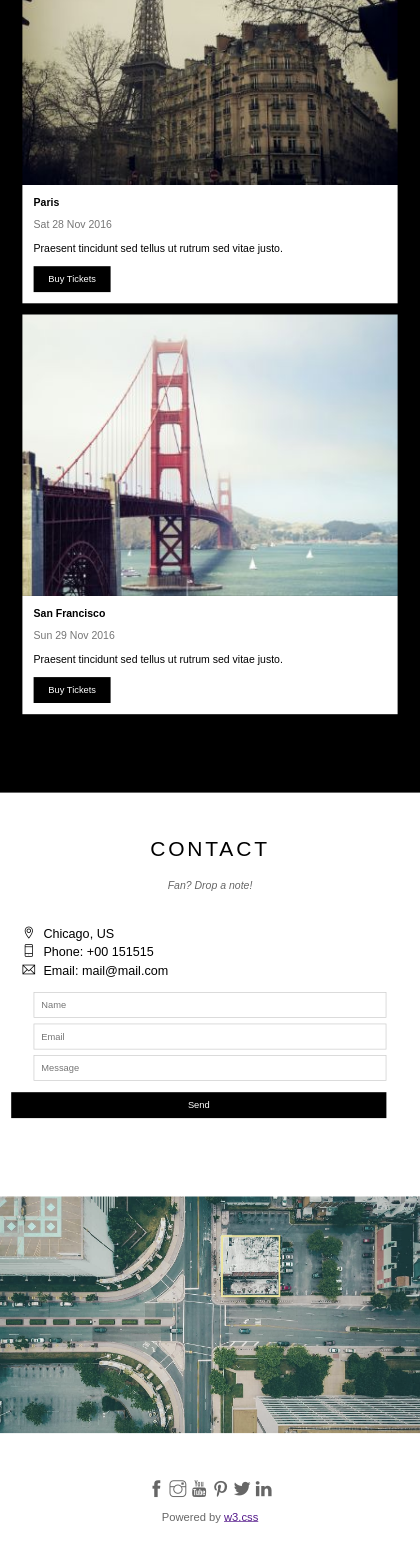
Repository: funboy13/webnew
Page: index.html
These files come from the project's save history. The page is drawn as it stood at one moment and after the next save; the edit follows.
The browser window is 600 px wide. The pictures show the part of the page from y = 3116 to 5356 px (the page is 5356 px tall), at 70% of full size.

Above is the page before, as saved 2021-08-21 09:58:09.

### index.html
<!DOCTYPE html>
<html lang="vi">
<head>
    <meta charset="UTF-8">
    <meta http-equiv="X-UA-Compatible" content="IE=edge">
    <meta name="viewport" content="width=device-width, initial-scale=1.0">
    <link rel="stylesheet" href="./assets/css/style.css">
    <link rel="stylesheet" href="./assets/css/responsive.css">
    <link rel="stylesheet" href="./assets/fonts/themify-icons/themify-icons.css">
    <title>W3-webfirst</title>
    <link rel=icon href="assets/img/logo.jpg" sizes="16x16" type="image/png">
</head>
<body>
    <div class="main">
        <div id="header" class="header">
            <ul id="nav">
                <li><a href="#">Home</a></li>
                <li><a href="#band">Band</a></li>
                <li><a href="#tour">Tour</a></li>
                <li><a href="#contact">Contact</a></li>
                <li>
                    <a href="#">
                        More
                        <i class="ti-arrow-circle-down"></i>
                    </a>
                    <ul class="subnav">
                        <li><a href="#">Merchandise</a></li>
                        <li><a href="#">Extras</a></li>
                        <li><a href="#">Media</a></li>
                    </ul>
                </li>
            </ul>
            <!-- search__btn  -->
            <div class="search-btn">
              <i class="ti-search"></i>
            </div>
            <div id="menu-mobile" class="menu__mobile--btn">
                <i class="ti-menu"></i>
            </div>
        </div>

        <div class="slider">
            <div class="text-content">
                <h2 class="text-heading">Chicago</h2>
                <div class="text-noidung"> <b>Thank you, Chicago - A night we won't forget</b>.</div>
            </div>
        </div>

        <div id="content">
            <!-- About -->
            <div id="band" class="content-section">
                <h2 class="section-heading">THE BAND</h2>
                <p class="section-sub-heading">We love music</p>
                <p class="about-text">We have created a fictional band website. Lorem ipsum dolor sit amet, consectetur adipiscing elit, sed do eiusmod tempor incididunt ut labore et dolore magna aliqua. Ut enim ad minim veniam, quis nostrud exercitation ullamco laboris nisi ut aliquip ex ea commodo consequat. Duis aute irure dolor in reprehenderit in voluptate velit esse cillum dolore eu fugiat nulla pariatur. Excepteur sint occaecat cupidatat non proident, sunt in culpa qui officia deserunt mollit anim id est laborum consectetur adipiscing elit, sed do eiusmod tempor incididunt ut labore et dolore magna aliqua. Ut enim ad minim veniam, quis nostrud exercitation ullamco laboris nisi ut aliquip ex ea commodo consequat.</p>
                <div class="row members-list">
                    <div class="member-item col col-third">
                        <p class="members-name">Name</p>
                        <img src="./assets/img/bandmember.jpg" alt="Name" class="menbers-img">
                    </div>
                    <div class="member-item col col-third">
                        <p class="members-name">Name</p>
                        <img src="./assets/img/bandmember.jpg" alt="Name" class="menbers-img">
                    </div>
                    <div class="member-item col col-third">
                        <p class="members-name">Name</p>
                        <img src="./assets/img/bandmember.jpg" alt="Name" class="menbers-img">
                    </div>

                </div>
            </div>

             <!-- Tour -->
             <div id="tour" class="tour-section">
                 <div class="content-section">
                    <h2 class="section-heading text-white">TOUR DATES</h2>
                    <p class="section-sub-heading text-white">Remember to book your tickets! </p>

                    <ul class="tickets-lists">
                        <li>September <span class="sout-out">Sold out</span></li>
                        <li>October <span class="sout-out">Sold out</span></li>
                        <li>November <span class="quantity">3</span></li>
                    </ul>
                    <div class="row place-list">
                        <div class="col col-third mt-16 s-col-ful">
                            <img src="./assets/img/newyork.jpg" alt="Newyork" class="place-img">
                            <div class="place-body">
                                <h3 class="place-heading">New York</h3>
                                <p class="place-time">Fri 27 Nov 2016</p>
                                <p class="place-desc">Praesent tincidunt sed tellus ut rutrum sed vitae justo.</p>
                                <button class="btn js-buy-ticket">Buy Tickets</button>
                            </div>
                        </div>
                            <div class="col col-third mt-16 s-col-ful">
                                <img src="./assets/img/paris.jpg" alt="Paris" class="place-img">
                                <div class="place-body">
                                    <h3 class="place-heading">Paris</h3>
                                    <p class="place-time">Sat 28 Nov 2016</p>
                                    <p class="place-desc">Praesent tincidunt sed tellus ut rutrum sed vitae justo.</p>
                                    <button class="btn js-buy-ticket">Buy Tickets</button>
                                </div>
                            </div>
                                <div class="col col-third mt-16 s-col-ful">
                                    <img src="./assets/img/sanfran.jpg" alt="San Francisco" class="place-img">
                                    <div class="place-body">
                                        <h3 class="place-heading">San Francisco</h3>
                                        <p class="place-time">Sun 29 Nov 2016</p>
                                        <p class="place-desc">Praesent tincidunt sed tellus ut rutrum sed vitae justo.</p>
                                        <button class="btn js-buy-ticket">Buy Tickets</button>
                                    </div>
                                </div>

                    </div>
                 </div>
             </div>

              <!-- Contact -->
              <div id="contact" class="content-section">
                <h2 class="section-heading">CONTACT</h2>
                <p class="section-sub-heading">Fan? Drop a note!</p>
                <div class="row contact-content">
                    <div class="col col-half s-col-ful contact-info">
                        <p><i class="ti-location-pin"></i>Chicago, US</p>
                        <p><i class="ti-mobile"></i>Phone: +00 151515</p>
                        <p><i class="ti-email"></i>Email: mail@mail.com</p>

                    </div>
                    <div class="col col-half s-col-ful contact-form">
                        <form action="">
                            <div class="row">
                                <div class="col col-half s-col-ful">
                                    <input type="text" name="" placeholder="Name" required id="" class="form-control">
                                </div>
                                <div class="col col-half s-col-ful s-mt-8">
                                    <input type="email" name="" placeholder="Email" required id="" class="form-control">
                                </div>
                            </div>
                            <div class="row mt-8">
                                <div class="col col-full">
                                    <input type="text" name="" placeholder="Message" required id="" class="form-control">
                                </div>
                            </div>
                            <input type="submit" class="btn s-ful-width form-submit mt-16" value="Send">
                        </form>
                    </div>
                </div>
             </div>

             <div class="map-section">
                 <img src="./assets/img/map.jpg" alt="map">
             </div>
        </div>

        <div class="footer">
            <div class="socials-list">
                <a href=""><i class="ti-facebook" ></i></a>
                <a href=""><i class="ti-instagram" ></i></a>
                <a href=""><i class="ti-youtube" ></i></a>
                <a href=""><i class="ti-pinterest" ></i></a>
                <a href=""><i class="ti-twitter-alt" ></i></a>
                <a href=""><i class="ti-linkedin" ></i></a>
            </div>
            <p class="copyright">Powered by <a href=""> w3.css</a></p>
        </div>
    </div>
 <!-- modal ticket  -->
    <div class="modal js-modal">
        <div class="modal-container js-modal-container">
            <div class="modal-close js-modal-close">
                <i class="ti-close"></i>
            </div>
            <hearder class="modal-hearder">
                <i class="modal-icon ti-bag"></i>
                Tickets
            </hearder>
            <div class="modal-body">
                <label for="tickket-q" class="modal-label">
                    <i class="ti-shopping-cart"></i>
                    Tickets, $15 per person
                </label>
                <input id="tickket-q" type="text" class="modal-input" placeholder="How many?">

                <label for="tickket-email" class="modal-label">
                    <i class="ti-user"></i>
                    Send To
                </label>
                <input id="tickket-email" type="email" class="modal-input" placeholder="Enter email">
                <button id="buy-tickets">Pay
                    <i class="ti-check"></i>
                </button>
                <footer class="modal-footer">
                    <p class="modal-help">
                        Need <a href="">help?</a>
                    </p>
                </footer>
            </div>
        </div>
    </div>
    <!-- button buy ticket  -->
    <script>
        const buyBtns =document.querySelectorAll('.js-buy-ticket')
        const modal = document.querySelector('.js-modal')
        const modalClose = document.querySelector('.js-modal-close')
        const  modalContainer = document.querySelector('.js-modal-container')

        function showBuyTickets () {
            modal.classList.add('open')
        }

        function hideBuyTickets () {
            modal.classList.remove('open')
        }

        for (const buyBtn of buyBtns) {
            buyBtn.addEventListener('click',  showBuyTickets)
        }

        modalClose.addEventListener('click',  hideBuyTickets )
        modal.addEventListener('click',  hideBuyTickets)
        modalContainer.addEventListener('click', function (event) {
            event.stopPropagation()
        })


    </script>
    <!-- menu__btn  -->
    <script>
        var  header =   document .getElementById('header');
        var  mobileMenu  =   document .getElementById('menu-mobile');
        var headerHeight = header.clientHeight;
        // đóng mở menu
        mobileMenu.onclick = function () {
            var isClose = header.clientHeight === headerHeight ;
            if (isClose) {
                header.style.height = 'auto';
            }else{
                header.style.height = null;
            }
        }
        // tự đóng khi chọn menu
        var menuItems = document.querySelectorAll(' #nav li a[href*="#"]');
        for (var i = 0 ;  i < menuItems.length; i++) {
            var menuItem = menuItems[i];
            menuItem.onclick = function (event) {
                var isParentMenu = this.nextElementSibling && this.nextElementSibling.classList.contains('subnav');
                if(isParentMenu){
                    event.preventDefault();
                }else{
                    header.style.height = null;
                }
            }
        }
    </script>
</body>
</html>

### assets/css/style.css
*{
    padding: 0;
    margin: 0;
    box-sizing: border-box;
}

html{
    scroll-behavior: smooth;
    font-family:Arial, Helvetica, sans-serif ;
}

.clear{
    clear: both;
}

.text-white{
    color: #fff;
}

.row{
    margin-left: 8px;
    margin-right: 8px;
}

.row::after{
    content: "";
    display: block;
    clear: both;
}

.col{
    float: left;
    padding: 0 8px;
}

.col-full{
    width: 100%;
}

.col-half{
    width: 50%;
}

.col-third{
    width:  calc(100% / 3);
}

.mt-8{
    margin-top: 8px !important;
}

.mt-16{
    margin-top: 16px !important;
}

.btn{
    color: #fff;
    background:#000;
    text-decoration: none;
    padding: 11px 21px;
    display: inline-block;
    margin-top: 15px;
    border: none;
}

.btn:hover{
    cursor: pointer;
    color: #000;
    background: #ccc;
}

/* MAIN */
.main{


}

.header{
    position: fixed;
    z-index: 1;
    top:0;
    left:0;
    right: 0;
    height: 46px;
    background-color: #000;
}

#nav{
    display: inline-block;
}

#nav, .subnav{
     list-style-type: none;

}

#nav >li{
    display: inline-block;
}

#nav li{

    position: relative;
}

#nav >li >a{
    color: #fff;
    text-transform: uppercase;

}

#nav li a {

    text-decoration:none;
    line-height: 46px;
    padding: 0 24px;
    display: block;
}

#nav li:hover .subnav{
    display: block;
}

#nav >li:hover >a,
#nav .subnav li:hover a{
    color: #000;
    background-color: #ccc;
}

#nav .subnav{
    display: none;
    min-width: 160px;
    top: 100%;
    left: 0;
    position: absolute;
    background-color: #fff;
    box-shadow: 0 0 10px rgba(0,0, 0, 0.5) ;
}

#nav .subnav a {
    color: #000;
    padding:0 12px;
    line-height: 38px;
}
.header .menu__mobile--btn{
    position: fixed;
    top:0;
    right: 0;
    display:none;
}

.header .menu__mobile--btn,
.header .search-btn{
    line-height: 46px;
    color: #fff;
    float: right;
    padding: 0 21px;
    cursor: pointer;

}
.header .search-btn:hover{
     background-color: #f44336;
}

.header .menu__mobile--btn:hover{
    background-color: #ccc;
    color: #000;
}

.slider{
    margin-top: 46px;
    padding-top: 50%;
    background: url("../img/chicago.jpg") top center / cover no-repeat;
    position: relative;
}

.slider .text-content{
    position: absolute;
    color: #fff;
    bottom: 47px;
    width: 100%;
    text-align: center;
}

.slider .text-heading{
    font-weight: 500;
    font-size: 24px;
}
.slider .text-noidung{
    font-size: 15px;
    margin-top: 25px;
}

#content{
}

#content .content-section{
    width: 800px;
    max-width: 100%;
    padding: 64px 0 112px;
    margin-left: auto;
    margin-right: auto;
    padding-left: 16px;
    padding-right: 16px;
}

#content .section-heading{
    text-align: center;
    font-weight: 500;
    font-size: 30px;
    letter-spacing: 4px;
}
#content .section-sub-heading{
    text-align: center;
    font-size: 15px;
    margin-top: 25px;
    font-style: italic;
    opacity: 0.6;
}

#content .about-text{
    margin-top: 25px;
    font-size: 15px;
    text-align: justify;
    line-height: 1.5;
}

#content .members-list{
    margin-top: 47px;
    text-align: center;
}

#content .members-name{
    font-size: 15px;
}

#content .menbers-img{
    width: 154px;
    margin-top: 15px;
    border-radius: 5px;
}
/* tour */

.tour-section{
    background: #000;
}

.tickets-lists{
    background: #fff;
    margin: 40px 16px;
    list-style: none;
}

.tickets-lists li{
    font-size: 15px;
    padding: 11px 16px;
    border-bottom: 1px solid #ddd;
    color: #757575;
}

.tickets-lists .sout-out{
    background:#f44336 ;
    color: #fff;
    padding: 3px 4px;
    margin-left: 16px;
}

.tickets-lists .quantity{
    float: right;
    width: 24px;
    height: 24px;
    background: #000;
    color: #fff;
    border-radius: 50%;
    text-align: center;
    line-height: 24px;
    margin-top: -2px;
}
.place-list{
    margin-top: 16px;
}

.place-img{
    width: 100%;
    display: block;
}

.place-img:hover{
    opacity: 0.6;
}
.place-body{
    font-size: 15px;
    padding: 16px;
    background-color: #fff;
}
.place-heading{
    font-size: 15px;

}
.place-time{
    margin-top: 15px;
    color: #757575;
}
.place-desc{
    margin-top: 15px;
    line-height: 1.4;
}


/* contact */

.contact-content{
    margin-top: 48px;
}

.contact-info{
    font-size: 18px;
    line-height: 1.5;
}

.contact-info i {
    width:30px;
    display: inline-block;
}

.contact-form{
    font-size: 15px;
}

.contact-form .form-control{
    padding: 10px;
    border: 1px solid #ccc;
    width: 100%;
}

.contact-form .form-submit{
    float: right;
    margin-right: 15px;
}

.map-section img{
    width: 100%;
   filter: grayscale(50%);
}

 .footer{
    padding: 64px 16px;
    text-align: center;
}

.footer .socials-list{
    font-size: 24px;
}

.footer .socials-list a{
    color: rgba(0,0, 0, 0.6);
    text-decoration: none;
}

.footer .socials-list a :hover{
    opacity: 0.4;
}

.footer .copyright{
    color: rgba(0,0, 0, 0.6);
    margin-top: 15px;
}
.modal{
    position: fixed;
    top: 0;
    right: 0;
    bottom: 0;
    left: 0;
    background:rgba(0, 0, 0, 0.4);
    display: none;
    align-items: center;
    justify-content: center;
}

.modal-container{
    background: #fff;
    width: 900px;
    min-height: 200px;
    position: relative;
    max-width: calc(100% - 32px);
    animation: modalFaceIn ease 0.5s;
}

 .modal-hearder{
    background: #009688;
    height: 130px;
    display: flex;
    align-items: center;
    justify-content: center;
    font-size: 30px;
    color: #fff;
}

.modal-icon{
    margin-right: 16px;
}

.modal-close{
    position: absolute;
    right:0;
    top: 0;
    color:#fff;
    padding: 12px;
    cursor: pointer;
    opacity: 0.8;
}
.modal-close:hover{
    opacity: 1;
}

.modal-body{
    padding:16px ;
}

.modal-label{
    display: block;
    font-size: 15px;
    margin-bottom: 12px;
}

.modal-input{
    border: 1px solid #ccc;
    width: 100%;
    padding: 10px;
    font-size: 15px;
    margin-bottom: 24px;
}

#buy-tickets{
    background: #009688;
    border:none;
    color: #fff;
    width: 100%;
    font-size: 15px;
    text-transform: uppercase;
    padding: 18px;
    cursor: pointer;
}

#buy-tickets:hover{
    opacity: 0.9;
}

.modal-footer{
    padding: 16px;
    text-align: right;
}

.modal-footer a{
    color:#2196F3 ;
}

.modal.open {
    display: flex ;
}

@keyframes modalFaceIn {
    from{
        transform: translateY(-200px);
        opacity: 0;
        }
    to{
        transform:translateY(0px);
        opacity: 1;
    }
}

### assets/css/responsive.css
/* mobile  */
@media  (max-width : 740px) {
    .s-ful-width,
    .s-col-ful{
        width: 100%;
    }
    .s-mt-8{
        margin-top: 8px;
    }
    #nav {
        display: block;
    }
    #nav >li{
        display: block;
    }
    #nav >li a{
        padding: 1px 24px;
    }
    #nav> li:first-child {
        display: inline-block;
    }

    #nav .subnav{
        position: initial;
        background-color: #333;
    }
    #nav .subnav a {
        color: #fff;
        padding: 5px 41px;
    }
    .header{
        overflow: hidden;
    }
    .header .menu__mobile--btn{
        display:block;
    }
    .header .search-btn{
        display: none;
    }
    #content .member-item{
        margin-top: 30px;
        width: 100%;
    }
    #content .menbers-img{
        width:60%;
    }
    .contact-form{
        margin-top: 16px;
    }
    .contact-form .form-submit{
        margin-right: -16px;
        margin-left: -16px;
        float: none;
    }
}

Loaded but not shown: assets/fonts/themify-icons/themify-icons.css (common file)

After the next save:
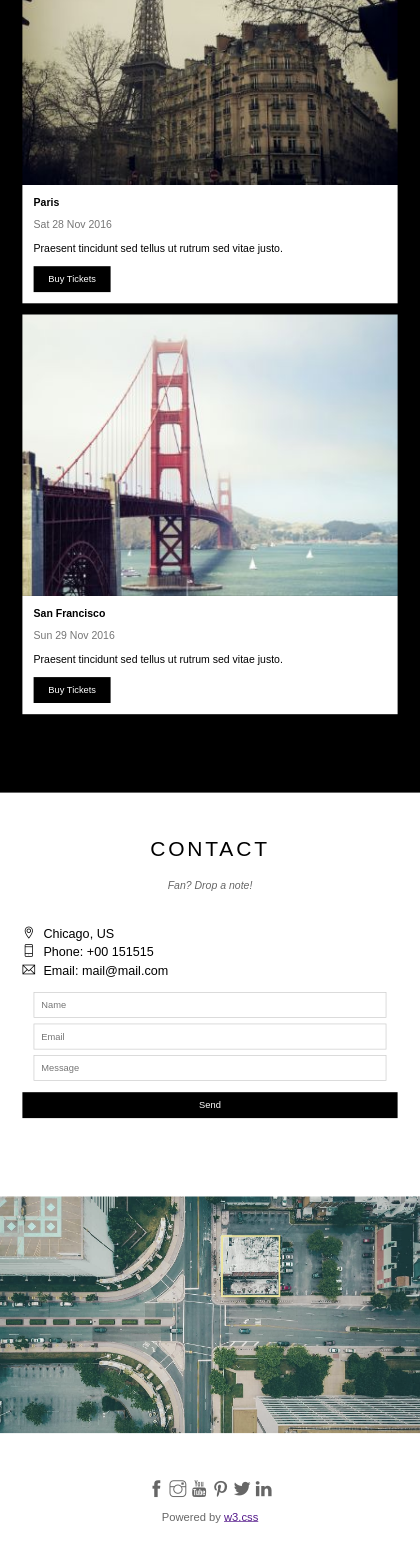
Saved 33 s later.
--- a/assets/css/responsive.css
+++ b/assets/css/responsive.css
@@ -48,8 +48,6 @@
         margin-top: 16px;
     }
     .contact-form .form-submit{
-        margin-right: -16px;
-        margin-left: -16px;
         float: none;
     }
 }
